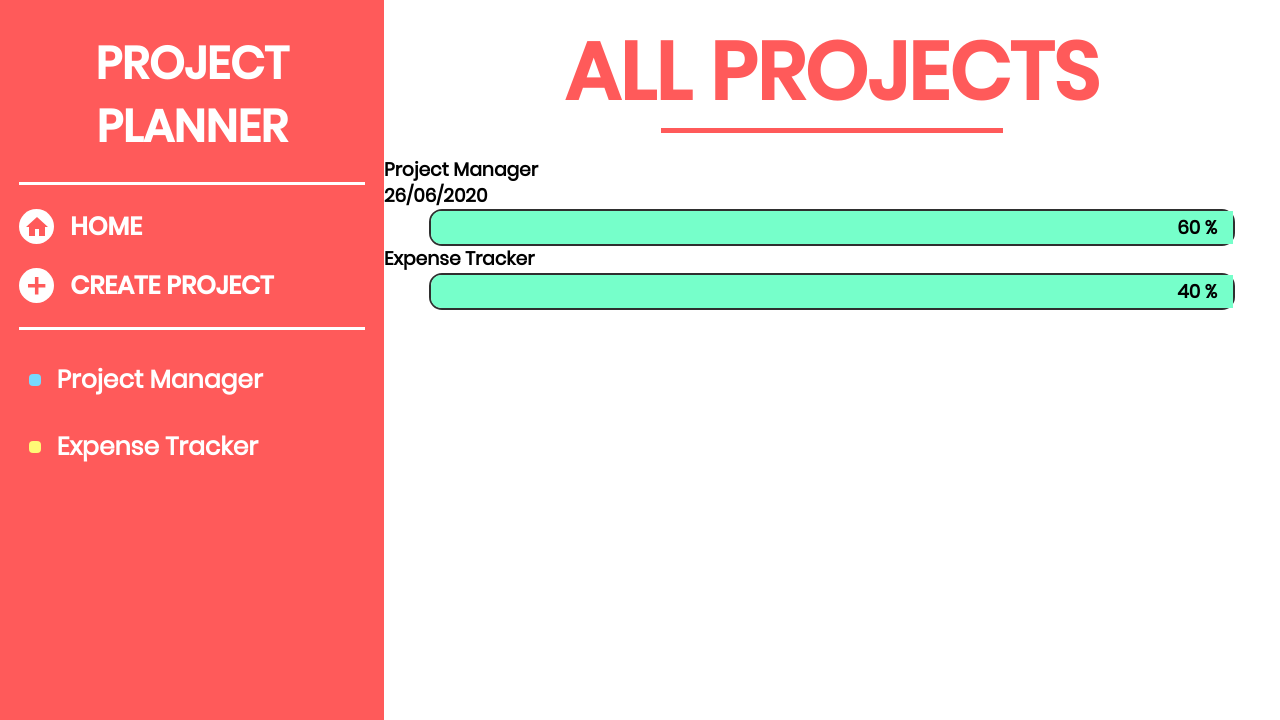
Repository: AzharMoosa/project-manager
Page: /
These files come from the project's save history. The page is drawn as it stood at one moment and after the next save; the edit follows.
The browser window is 1280 px wide. The pictures show the whole page.
The project was rebuilt for these pictures with package versions that can differ from the ones it lists, and the page was loaded fresh each time.

Above is the page before, as saved 2020-06-22 11:07:01.

### public/index.html
<!DOCTYPE html>
<html lang="en">
  <head>
    <meta charset="utf-8" />
    <link rel="icon" href="%PUBLIC_URL%/favicon.ico" />
    <meta name="viewport" content="width=device-width, initial-scale=1" />
    <meta name="theme-color" content="#000000" />
    <meta
      name="description"
      content="Web site created using create-react-app"
    />
    <link rel="apple-touch-icon" href="%PUBLIC_URL%/logo192.png" />

    <link rel="manifest" href="%PUBLIC_URL%/manifest.json" />

    <title>Project Planner</title>
  </head>
  <body>
    <noscript>You need to enable JavaScript to run this app.</noscript>
    <div id="root"></div>
  </body>
</html>

### src/App.js
import React from "react";
import Sidebar from "./components/sidebar/Siebar";
import Home from "./components/home/Home";
import { ProjectProvider } from "./ProjectContext";

import "./App.css";

function App() {
  return (
    <ProjectProvider>
      <div className='container'>
        <Sidebar />
        <Home />
      </div>
    </ProjectProvider>
  );
}

export default App;

### src/components/sidebar/Siebar.js
import React from "react";
import Header from "./Header";
import ProjectList from "../project-list/ProjectList";

const Siebar = () => {
  return (
    <div className='sidebar'>
      <Header />
      <ProjectList />
    </div>
  );
};

export default Siebar;

### src/components/home/Home.js
import React, { useContext } from "react";
import ProgectProgress from "./ProgectProgress";
import { ProjectContext } from "../../ProjectContext";

const Home = () => {
  const [projects, setProjects] = useContext(ProjectContext);

  return (
    <div className='home'>
      <h1 className='home-title'>ALL PROJECTS</h1>
      {projects.map((project) => (
        <ProgectProgress
          name={project.name}
          date={project.date}
          progress={project.progress}
        />
      ))}
    </div>
  );
};

export default Home;

### src/ProjectContext.js
import React, { useState, createContext } from "react";

export const ProjectContext = createContext();

export const ProjectProvider = (props) => {
  const [projects, setProjects] = useState([
    {
      name: "Project Manager",
      overview:
        "A project management application which allows you to plan personal projects and track its progress.  Create detail plans of projects before developing projects.",
      tools: ["HTML", "CSS", "JAVASCRIPT", "REACT"],
      progress: 60,
      tasks: [
        "Create Project Plans",
        "Todo List for Each Project",
        "Track Progress",
        "Priority List",
        "Choose Tools In Each Project",
        "Clean And Simple Design",
        "Use REACT",
      ],
      color: "blue",
      date: "26/06/2020",
      id: 28392,
    },

    {
      name: "Expense Tracker",
      overview:
        "A expense tracker application which allows you to budget and track your savings.  Track what expenses you have",
      tools: ["HTML", "CSS", "JAVASCRIPT", "REACT"],
      progress: 40,
      tasks: [
        "Expenses In And Out",
        "Current Balance",
        "Highest Money Out",
        "Clean And Simple Design",
        "Use REACT",
      ],
      color: "yellow",
      date: "",
      id: 2032,
    },
  ]);

  return (
    <ProjectContext.Provider value={[projects, setProjects]}>
      {props.children}
    </ProjectContext.Provider>
  );
};

### src/App.css
:root {
  --red: #ff5a5a;
  --green: #76ffca;
  --blue: #76daff;
  --yellow: #fffa76;
  --purple: #ab76ff;
}

/* CSS RESET */

* {
  margin: 0;
  padding: 0;
  box-sizing: border-box;
}

/* Fonts */

@font-face {
  font-family: "Poppins-Med";
  src: url("./fonts/Poppins-Medium.ttf");
}

@font-face {
  font-family: "Poppins-Reg";
  src: url("./fonts/Poppins-Regular.ttf");
}

/* Body */

body {
  font-family: "Poppins-Reg";
  line-height: 1.4;
}

/* Utilities */

/* Bullet Points */

.project-side:before,
.blue:before,
.yellow:before,
.green:before,
.purple:before {
  content: " ";
  height: 12px;
  width: 12px;
  margin-right: 1rem;
  border-radius: 4px;
}

.blue:before {
  background-color: var(--blue);
}

.yellow:before {
  background-color: var(--yellow);
}

.green:before {
  background-color: var(--green);
}

.purple:before {
  background-color: var(--purple);
}

/* Container */
.container {
  display: flex;
  overflow: hidden;
}

/* Sidebar */
.sidebar {
  width: 30vw;
  background-color: var(--red);
  height: 100vh;
  color: #fff;
}

.title {
  font-size: 45px;
  font-family: "Poppins-Med";
  text-align: center;
  padding-top: 2rem;
}

.nav-btns::after,
.nav-btns:before {
  content: " ";
  display: block;
  border-bottom: 3px solid #fff;
  width: 100%;
  margin: 1.5rem auto;
}

.nav-btns {
  width: 90%;
  margin: auto;
}

.home-btn,
.create-project-btn {
  display: flex;
  align-items: center;
  margin-top: 1.5rem;
}

.home-btn h3,
.create-project-btn h3 {
  margin-left: 1rem;
  font-family: "Poppins-Med";
  font-size: 25px;
}

.home-btn svg,
.create-project-btn svg {
  cursor: pointer;
}

/* Home */

.home {
  width: 70vw;
  display: flex;
  flex-direction: column;
}

.home-title {
  font-size: 80px;
  font-family: "Poppins-Med";
  color: var(--red);
  text-align: center;
  margin-top: 1rem;
}

.home-title:after {
  content: " ";
  display: block;
  border-bottom: 5px solid var(--red);
  width: 342px;
  margin: 0 auto 1.5rem auto;
}

/* Project Sidebar List */
.project-side {
  width: 85%;
  margin: 2rem auto;
  display: flex;
  align-items: center;
  cursor: pointer;
}

.project-side h3 {
  font-size: 25px;
}

/* Progress Bar */
.progressbar {
  width: 90%;
  background-color: #fff;
  border: 2px solid #2f2f2f;
  border-radius: 13px;
  margin: 0 auto;
}

.progressbar > div {
  background-color: var(--green);
  height: 33px;
  border-radius: 10px 0 0 10px;
}

.progressbar > div h3 {
  display: flex;
  justify-content: flex-end;
  line-height: 1.8;
  margin-right: 1rem;
}

### src/components/sidebar/Header.js
import React from "react";

const Header = () => {
  return (
    <div>
      <h1 className='title'>PROJECT PLANNER</h1>
      <div className='nav-btns'>
        <div className='home-btn'>
          <svg
            xmlns='http://www.w3.org/2000/svg'
            width='35'
            height='35'
            viewBox='0 0 35 35'
          >
            <g
              id='Home_Btn'
              data-name='Home Btn'
              transform='translate(-139 -182)'
            >
              <circle
                id='Ellipse_1'
                data-name='Ellipse 1'
                cx='17.5'
                cy='17.5'
                r='17.5'
                transform='translate(139 182)'
                fill='#fff'
              />
              <path
                id='icons8-home'
                d='M12,2.1,1,12H4v9h6V14h4v7h6V12h3Z'
                transform='translate(145 187.9)'
                fill='#ff5a5a'
              />
            </g>
          </svg>
          <h3>HOME</h3>
        </div>

        <div className='create-project-btn'>
          <svg
            xmlns='http://www.w3.org/2000/svg'
            width='35'
            height='35'
            viewBox='0 0 35 35'
          >
            <g id='Group_6' data-name='Group 6' transform='translate(-50 -242)'>
              <circle
                id='Ellipse_2'
                data-name='Ellipse 2'
                cx='17.5'
                cy='17.5'
                r='17.5'
                transform='translate(50 242)'
                fill='#fff'
              />
              <path
                id='icons8-plus'
                d='M8.922,2V8.922H2v1.538H8.922v6.922h1.538V10.461h6.922V8.922H10.461V2Z'
                transform='translate(58 250)'
                fill='#ff5a5a'
                stroke='#ff5a5a'
                strokeWidth='2'
                fillRule='evenodd'
              />
            </g>
          </svg>
          <h3>CREATE PROJECT</h3>
        </div>
      </div>
    </div>
  );
};

export default Header;

### src/components/project-list/ProjectList.js
import React, { useContext } from "react";
import { ProjectContext } from "../../ProjectContext";
import ProjectSide from "./ProjectSide";

const ProjectList = () => {
  // eslint-disable-next-line
  const [projects, setProjects] = useContext(ProjectContext);

  return (
    <div>
      {projects.map((project) => (
        <ProjectSide
          name={project.name}
          color={project.color}
          key={project.id}
        />
      ))}
    </div>
  );
};

export default ProjectList;

### src/components/home/ProgectProgress.js
import React from "react";
import ProgressBar from "./ProgressBar";

const ProgectProgress = ({ name, date, progress }) => {
  return (
    <div className='project-progress'>
      <div className='project-title'>
        <h3>{name}</h3>
        <h3>{date}</h3>
      </div>
      <ProgressBar progress={progress} />
    </div>
  );
};

export default ProgectProgress;

### src/components/project-list/ProjectSide.js
import React from "react";

const Project = ({ name, color }) => {
  return (
    <div className={`project-side ${color}`}>
      <h3>{name}</h3>
    </div>
  );
};

export default Project;

### src/components/home/ProgressBar.js
import React from "react";

const ProgressBar = ({ progress }) => {
  return (
    <div className='progressbar'>
      <div style={{ width: { progress } }}>
        <h3>{progress} %</h3>
      </div>
    </div>
  );
};

export default ProgressBar;

Loaded but not shown: src/index.js (common file)

After the next save:
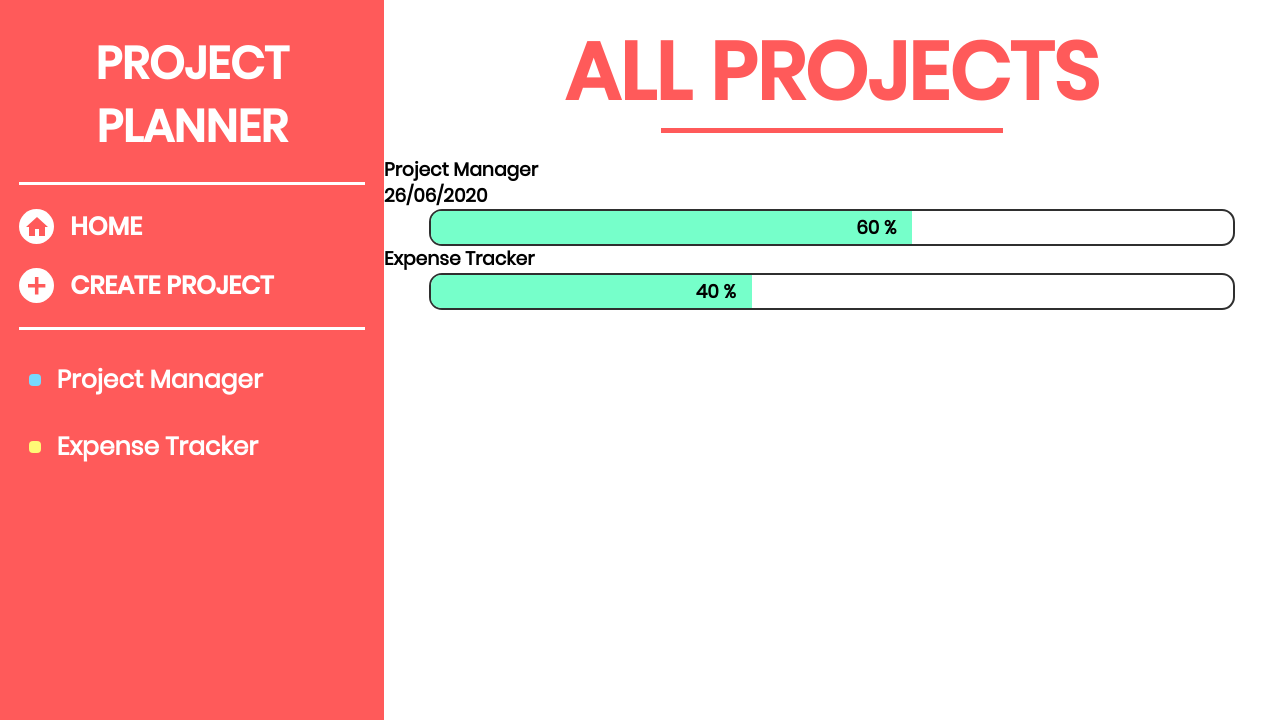
Saved 13 s later.
--- a/src/components/home/ProgressBar.js
+++ b/src/components/home/ProgressBar.js
@@ -3,7 +3,7 @@ import React from "react";
 const ProgressBar = ({ progress }) => {
   return (
     <div className='progressbar'>
-      <div style={{ width: { progress } }}>
+      <div style={{ width: `${progress}%` }}>
         <h3>{progress} %</h3>
       </div>
     </div>
